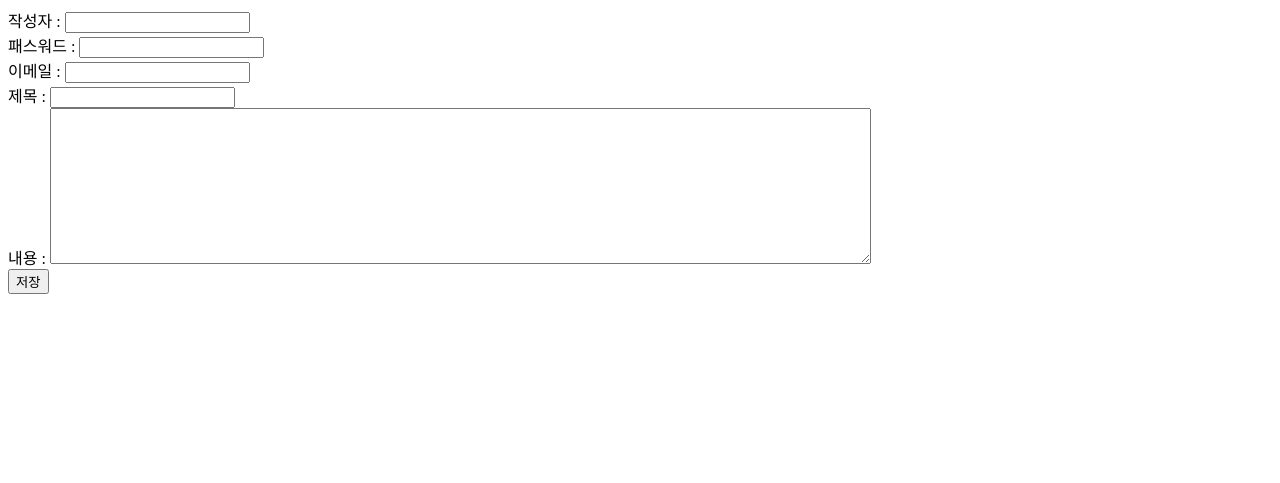
Repository: GitOnibi/jsp
Page: http://localhost/JSPprojec/notice/write_form.jsp?mode=write
These files come from the project's save history. The page is drawn as it stood at one moment and after the next save; the edit follows.
The browser window is 1280 px wide. The pictures show the whole page.
The page is served by Tomcat 9. Other server files are loaded and not shown.

Above is the page before, as saved 2019-01-11 10:50:28.

### JSPprojec/WebContent/notice/write_form.jsp
<%@ page language="java" contentType="text/html; charset=UTF-8" pageEncoding="UTF-8"%>
<!DOCTYPE html>
<html>
<head>
<meta charset="UTF-8">
<title>write_form</title>
</head>
<body>
	<form action="write_check.jsp" method="POST">
		작성자 : <input type="text" name="user_id"/><br />
		패스워드 : <input type="text" name="user_pw"/><br />
		이메일 : <input type="text" name="user_email"/><br />
		제목 : <input type="text" name="title"/><br />
		내용 : <textarea name="contents" id="" cols="100" rows="10"></textarea><br />
		<input type="submit" value="저장"/>
	</form>
</body>
</html>

After the next save:
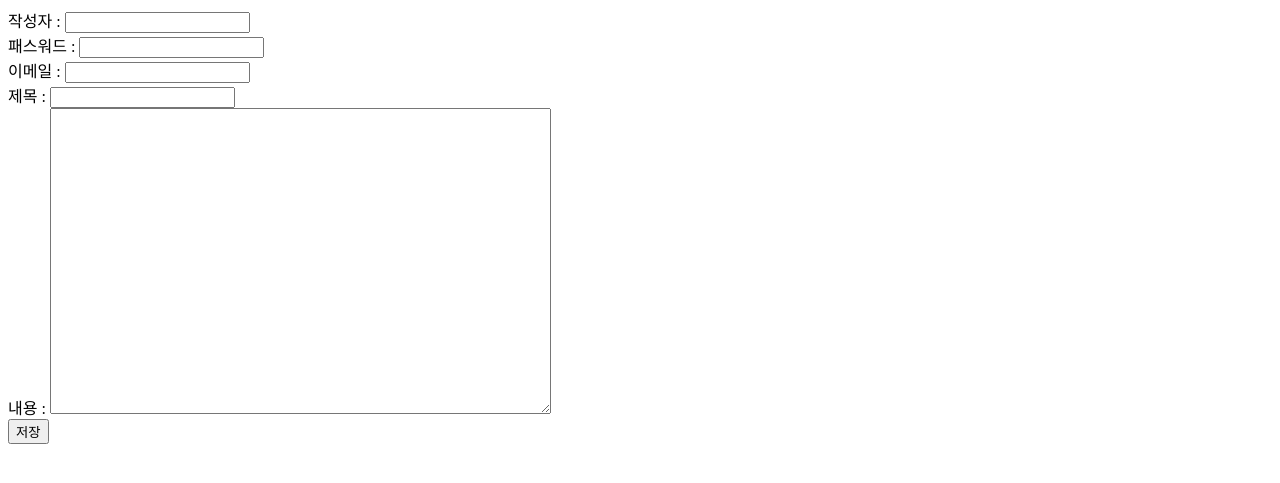
Saved 8 s later.
--- a/JSPprojec/WebContent/notice/write_form.jsp
+++ b/JSPprojec/WebContent/notice/write_form.jsp
@@ -11,7 +11,7 @@
 		패스워드 : <input type="text" name="user_pw"/><br />
 		이메일 : <input type="text" name="user_email"/><br />
 		제목 : <input type="text" name="title"/><br />
-		내용 : <textarea name="contents" id="" cols="100" rows="10"></textarea><br />
+		내용 : <textarea name="contents" id="" cols="60" rows="20"></textarea><br />
 		<input type="submit" value="저장"/>
 	</form>
 </body>
